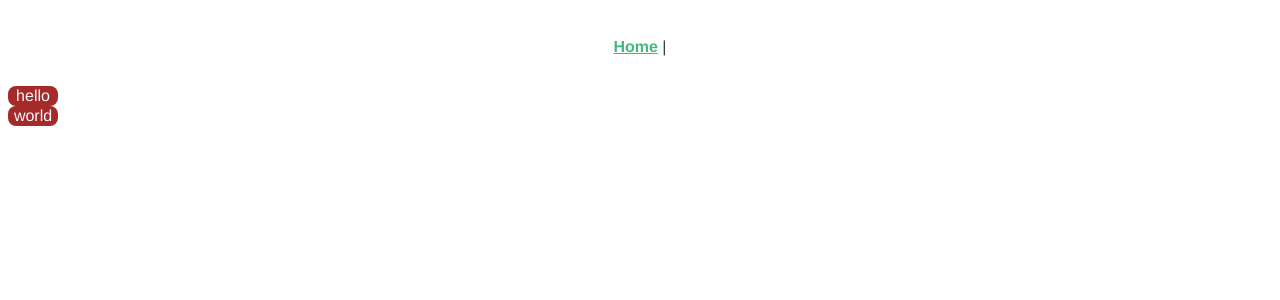
Repository: bigkrys/vue3-xmind
Page: /
The author's editor kept a copy of each file at every save. The page is drawn from the files as they stood at one save, then again after the next save.
The browser window is 1280 px wide. The pictures show the whole page.
The project was rebuilt for these pictures with package versions that can differ from the ones it lists, and the page was loaded fresh each time. Also part of the build but not shown: vue.config.js.

Above is the page before, as saved 2021-09-07 14:48:28.
Console error: TypeError: Cannot set properties of null (setting '__draggable_context')

After the next save:
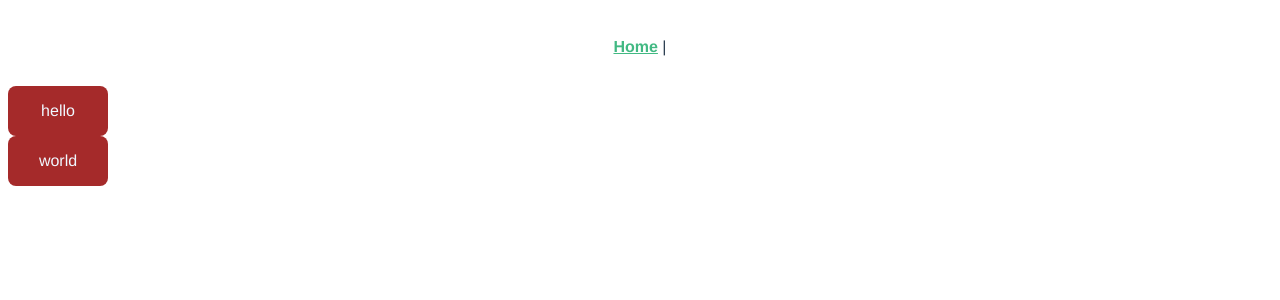
Saved 37 s later.
--- a/src/components/centralBox.vue
+++ b/src/components/centralBox.vue
@@ -24,8 +24,8 @@
 <!-- Add "scoped" attribute to limit CSS to this component only -->
 <style scoped>
 .box{
-  width: 50px;
-  height: 20px;
+  width: 100px;
+  height: 50px;
   border-radius: 8px;
   background-color: brown;
   color: aliceblue;
